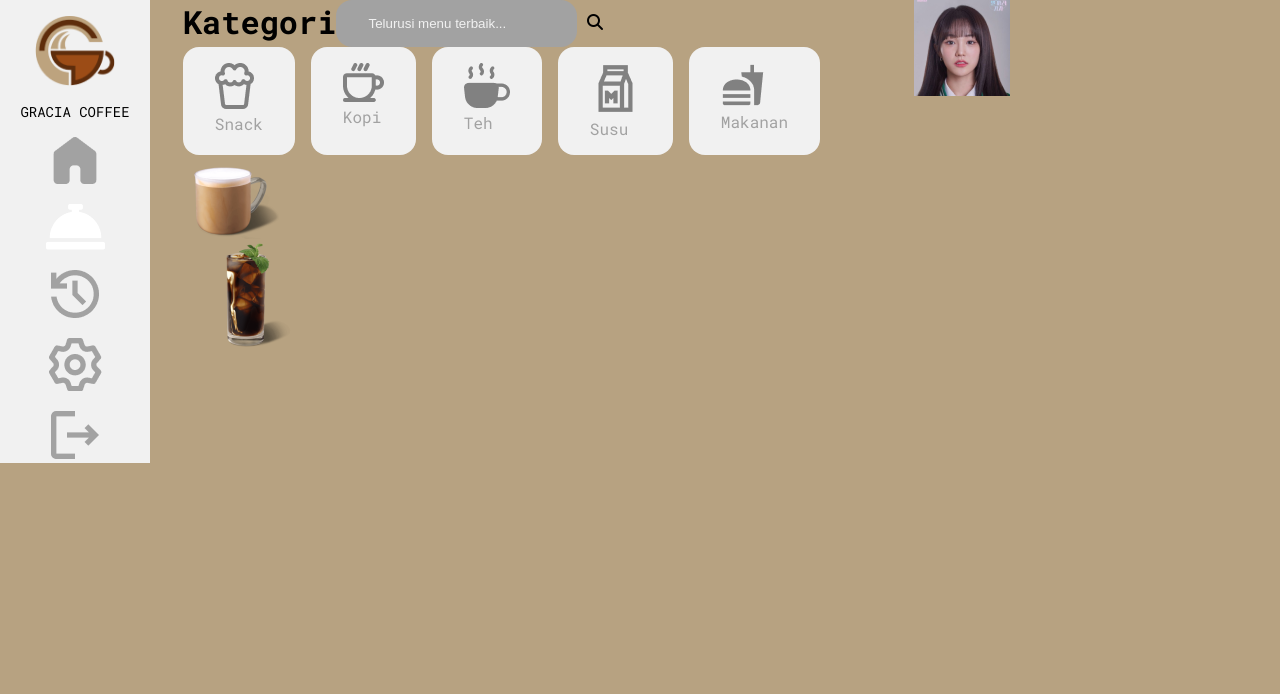
Repository: DanielChuaaa/sbd2
Page: index.html
These files come from the project's save history. The page is drawn as it stood at one moment and after the next save; the edit follows.
The browser window is 1280 px wide. The pictures show the whole page.
Some web libraries are served in a nearby version.

Above is the page before, as saved 2023-10-20 11:16:10.

### index.html
<!DOCTYPE html>
<html lang="en">
<head>
    <meta charset="UTF-8">
    <meta name="viewport" content="width=device-width, initial-scale=1.0">
    <title>Document</title>
    <link href="https://fonts.googleapis.com/css2?family=Roboto+Mono:wght@400;600;700&display=swap" rel="stylesheet" />
    <link
      rel="stylesheet"
      href="https://cdnjs.cloudflare.com/ajax/libs/font-awesome/6.1.2/css/all.min.css"
      integrity="sha512-1sCRPdkRXhBV2PBLUdRb4tMg1w2YPf37qatUFeS7zlBy7jJI8Lf4VHwWfZZfpXtYSLy85pkm9GaYVYMfw5BC1A=="
      crossorigin="anonymous"
      referrerpolicy="no-referrer"
    />
    <link rel="stylesheet" href="style.css">
</head>
<body>
    <div class="container">
        <div class="grid-wrapper">
            <div class="iconParent">
                <img src="/assets/logo projek SBD 1.png" class="icon" width="80px" height="70px" alt="logo">
                <p>GRACIA COFFEE</p>
                <a href="#"><img src="./assets/home.png" alt="home"></a>
                <a href="#"><img src="./assets/menu.png" alt="menu"></a>
                <a href="#"><img src="./assets/history.png" alt="history"></a>
                <a href="#"><img src="./assets/setting.png" alt="setting"></a>

                <a href="#"><img src="./assets/logout.png" alt="logout"></a>
            </div>

            <div class="content">
                <div class="nav">
                    <h1>Kategori</h1>
                    <div class="inputWrapper">
                        <input type="text" name="text" id="text" class="input" placeholder="Telurusi menu terbaik...">
                        <i class="fa-solid fa-magnifying-glass"></i>
                    </div>
                </div>

                <div class="menu">
                    <div class="iconMenu"><a href="#"><img src="./assets/popcorn.png" alt="popcorn"></a>
                        <p>Snack</p>
                    </div>
                    <div class="iconMenu"><a href="#"><img src="./assets/kopi.png" alt="kopi"></a>
                        <p>Kopi</p>
                    </div>
                    <div class="iconMenu"><a href="#"><img src="./assets/teh.png" alt="teh"></a>
                        <p>Teh</p>
                    </div>
                    <div class="iconMenu"><a href="#"><img src="./assets/susu.png" alt="susu"></a>
                        <p>Susu</p>
                    </div>
                    <div class="iconMenu"><a href="#"><img src="./assets/makanan.png" alt="makanan"></a>
                        <p>Makanan</p>
                    </div>
                </div>

                <div class="orderMenu">
                    <div class="menu1">
                        <img src="./assets/Vanilla Latte_LongShadow_Cream_1 1.png" alt="">
                    </div>
                    <div class="menu2"><img src="./assets/10032021_Vietnamese_LS-min 1.png" alt=""></div>
                </div>
            </div>

            <div class="order">
                <img src="/assets/g_8___8_idola_cantik_berbakat_alumni_sm_entertainment_yang_sudah_debut_di_girlgroup_agensi_lain_p_eks_sm_trainee-20220408-001-non_fotografer_kly 1.png" alt="">
            </div>
        </div>
    </div>
</body>
</html>

### style.css
:root{
    --clr-primary-100: #B7A281;

    --clr-neutral-100: #818181;
    --clr-neutral-200: #A2A2A2;
    --clr-neutral-300: #D9D9D9;
    --clr-neutral-400: #F8F8F8;
    --clr-neutral-500:  #f1f1f1;

    --ff: "Roboto Mono", monospace;

    --fw-regular: 400;
    --fw-semi-bold: 600;
    --fw-bold: 700;
}

*{
    box-sizing: border-box;
    margin: 0;
    padding: 0;
}

body{
    font-family: var(--ff);
    background-color: #B7A281;
}

.grid-wrapper{
    display: grid;
    grid-template-columns: 0.5fr 2fr 1fr;
}

.iconParent{
    background: var(--clr-neutral-500);

    display: flex;
    flex-direction: column;
    align-items: center;
    max-width: 150px;
    height: auto;
    gap: 1rem;
}

.iconParent p{
    font-size: 14px;
}

.icon{
    margin-top: 1rem;
}


/* content */

.nav{
    display: flex;

}

.input{
    background: var(--clr-neutral-200);

    border: none;
    padding: 1rem 2rem;
    border-radius: 1rem;

}

::placeholder{
    color: var(--clr-neutral-500);
}

.menu{
    display: flex;
    gap: 1rem;
}

.iconMenu{
    background: var(--clr-neutral-500);

    padding: 1rem 2rem;
    border-radius: 1rem;
}

.iconMenu p{
    color: var(--clr-neutral-200);
}

After the next save:
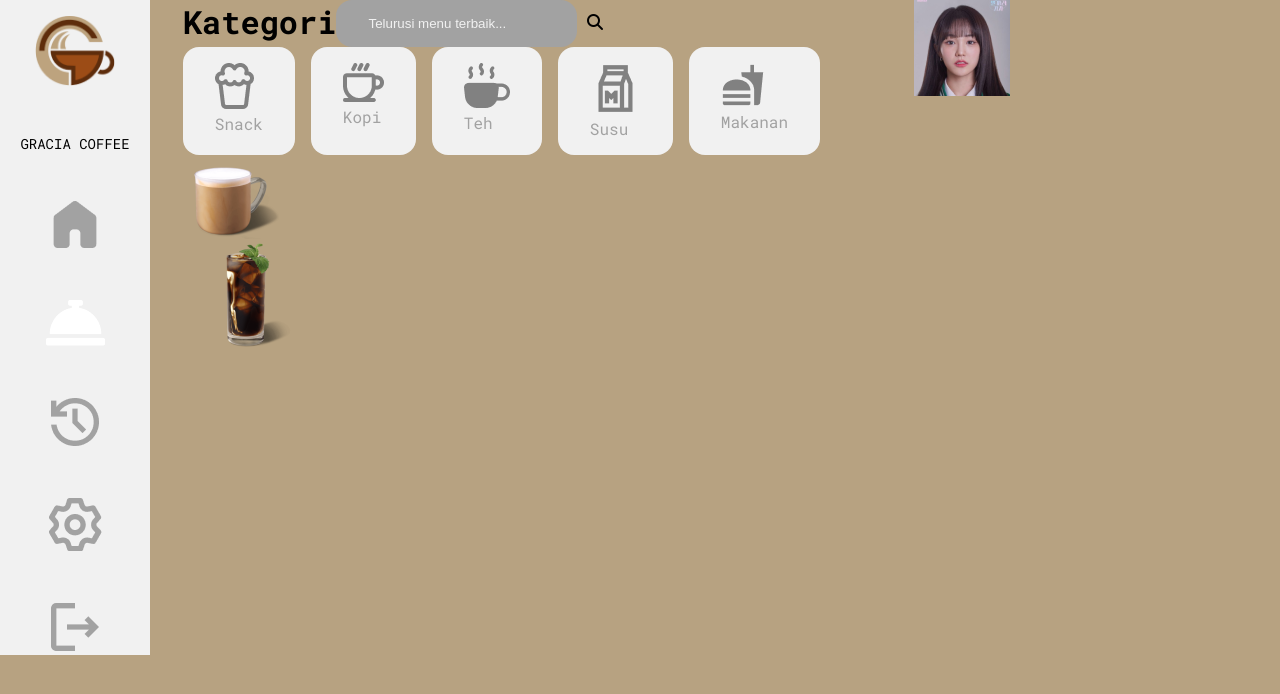
Saved 6 s later.
--- a/style.css
+++ b/style.css
@@ -38,7 +38,7 @@
     align-items: center;
     max-width: 150px;
     height: auto;
-    gap: 1rem;
+    gap: 3rem;
 }
 
 .iconParent p{

After the save that followed:
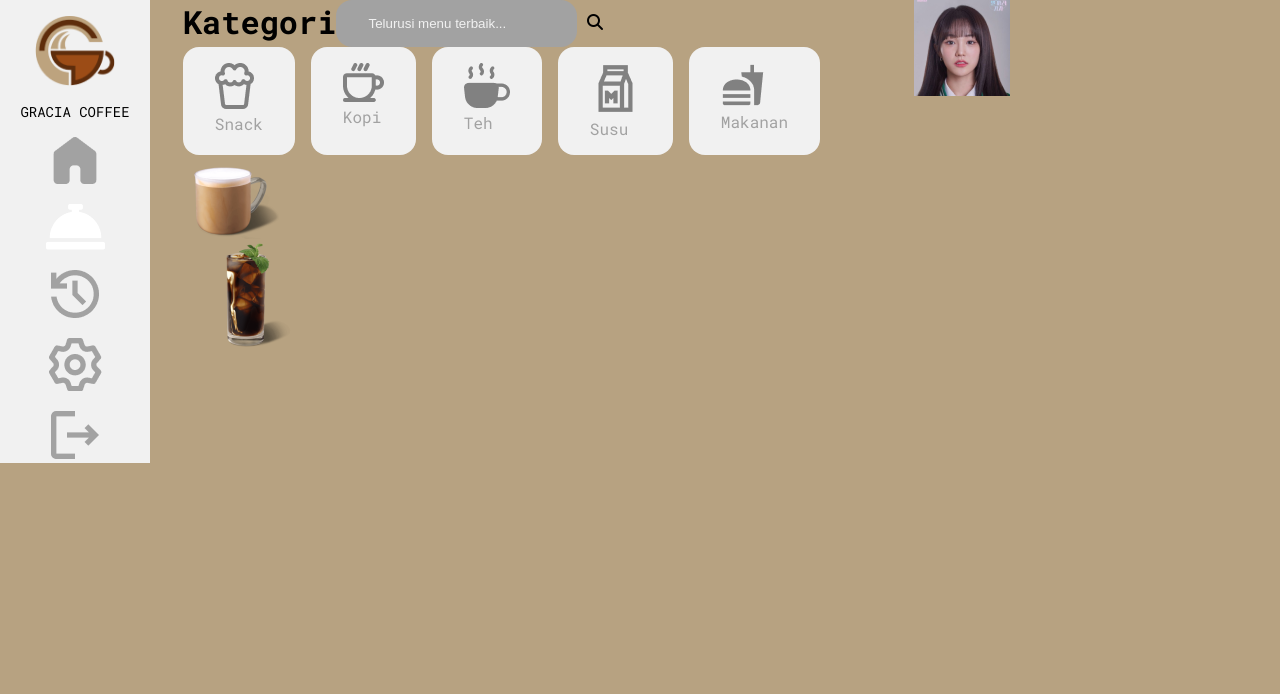
Saved 16 s later.
--- a/style.css
+++ b/style.css
@@ -38,7 +38,7 @@
     align-items: center;
     max-width: 150px;
     height: auto;
-    gap: 3rem;
+    gap: 1rem;
 }
 
 .iconParent p{
